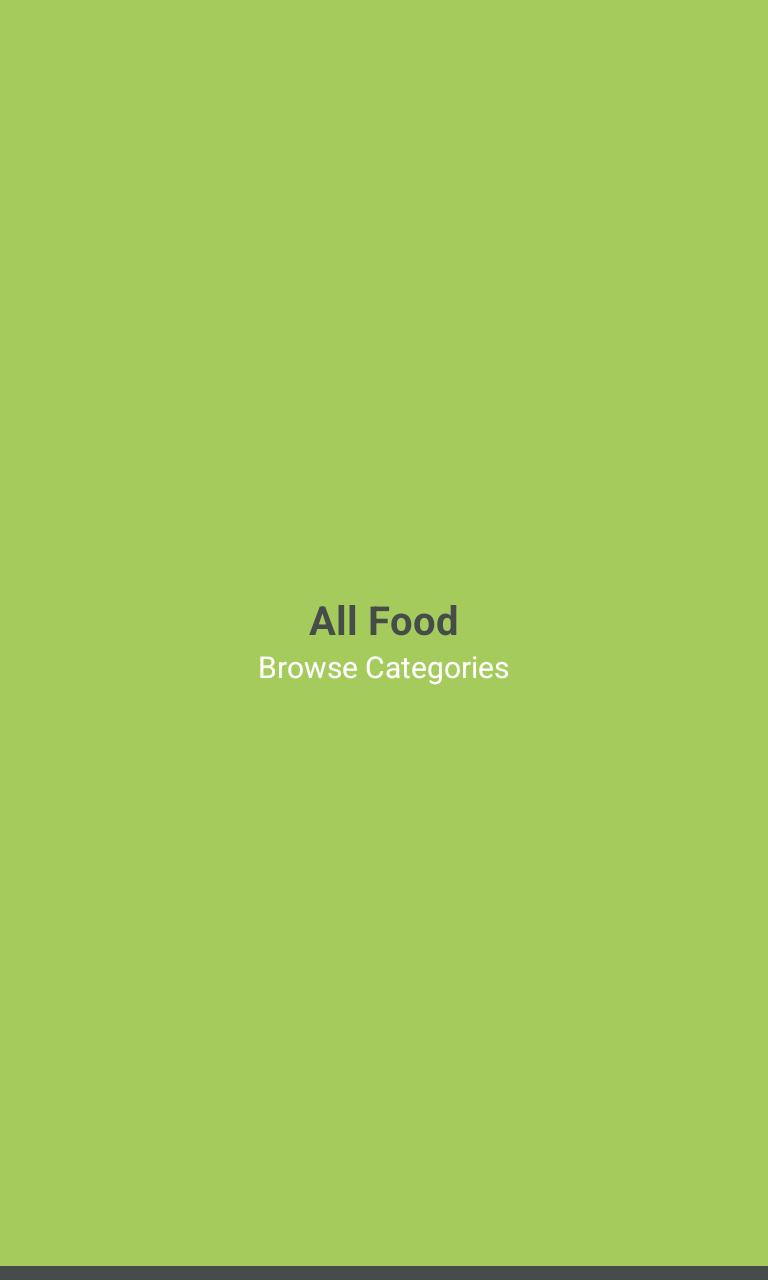
Repository: ShelfLifeApp/ShelfLife-Android
Layout: Implementation/ShelfLifeAndroid/res/layout/listview_header.xml
These files come from the project's save history. The layout is drawn as it stood at one moment and after the next save; the edit follows.
It is drawn on a 768 x 1280 px phone screen (xhdpi) without system bars, with theme Theme.Sherlock.Light; the app's code is not run.

Above is the layout before, as saved 2013-05-13 03:41:01.

After the next save:
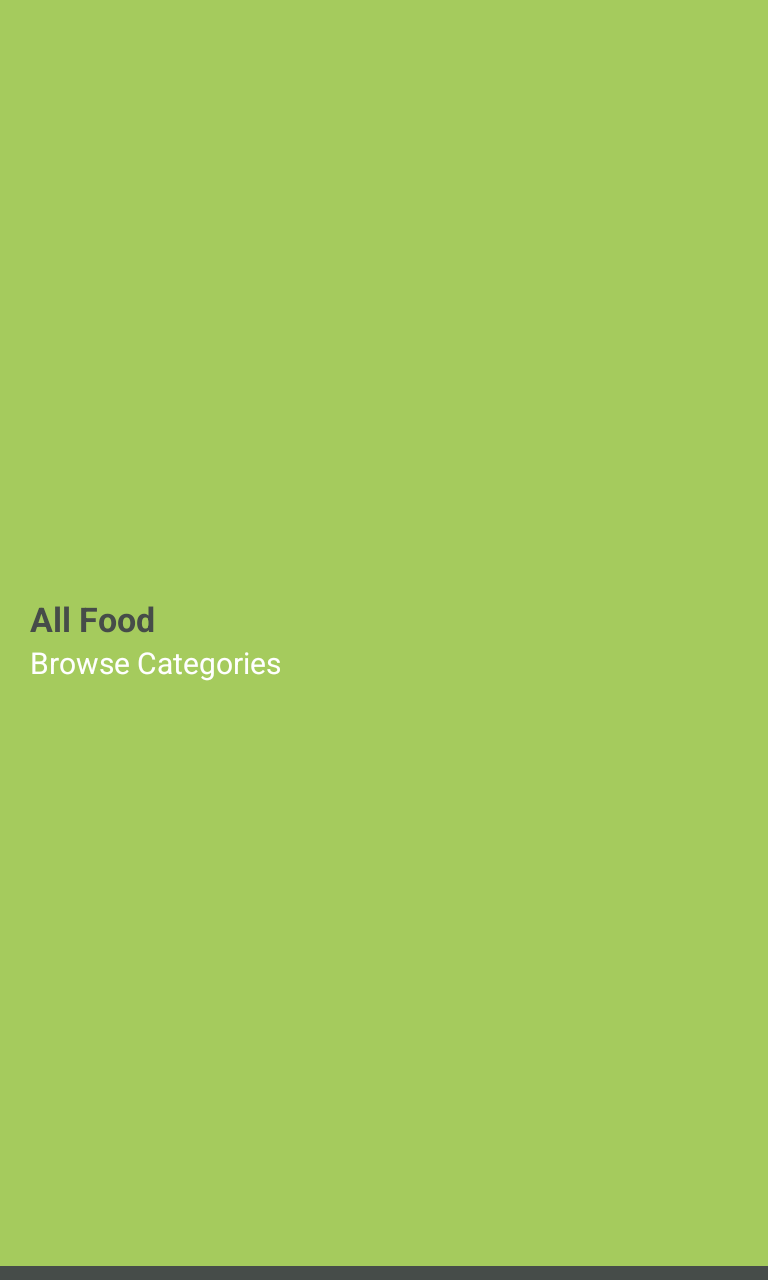
Saved 81 s later.
--- a/Implementation/ShelfLifeAndroid/res/layout/listview_header.xml
+++ b/Implementation/ShelfLifeAndroid/res/layout/listview_header.xml
@@ -4,7 +4,8 @@
     android:layout_height="60dip"
     android:orientation="vertical"
     android:background="@drawable/list_header_background"
-    android:gravity="center"
+    android:gravity="center_vertical"
+    android:paddingLeft="15dip"
     >
 
     <TextView
@@ -12,7 +13,7 @@
         android:layout_width="wrap_content"
         android:layout_height="wrap_content"
         android:text="All Food"
-        android:textSize="20sp"
+        android:textSize="17sp"
         android:textStyle="bold"
         android:textColor="@color/list_header_title_color"
     />
